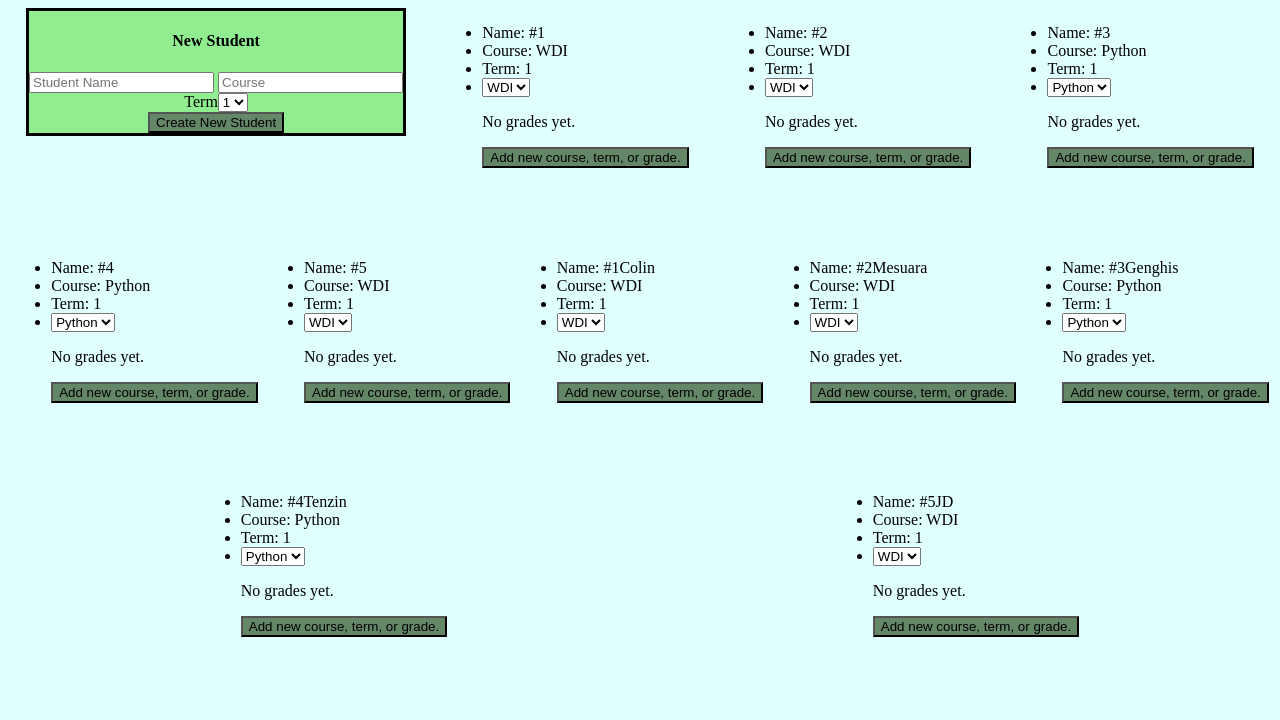
Repository: EdmontDantes/graderaide-ui
Page: index.html
An editor plug-in stored every save of this project. The page is shown before and after the next save, followed by the edit.
The browser window is 1280 px wide. The pictures show the whole page.

Above is the page before, as saved 2020-04-21 14:50:18.

After the next save:
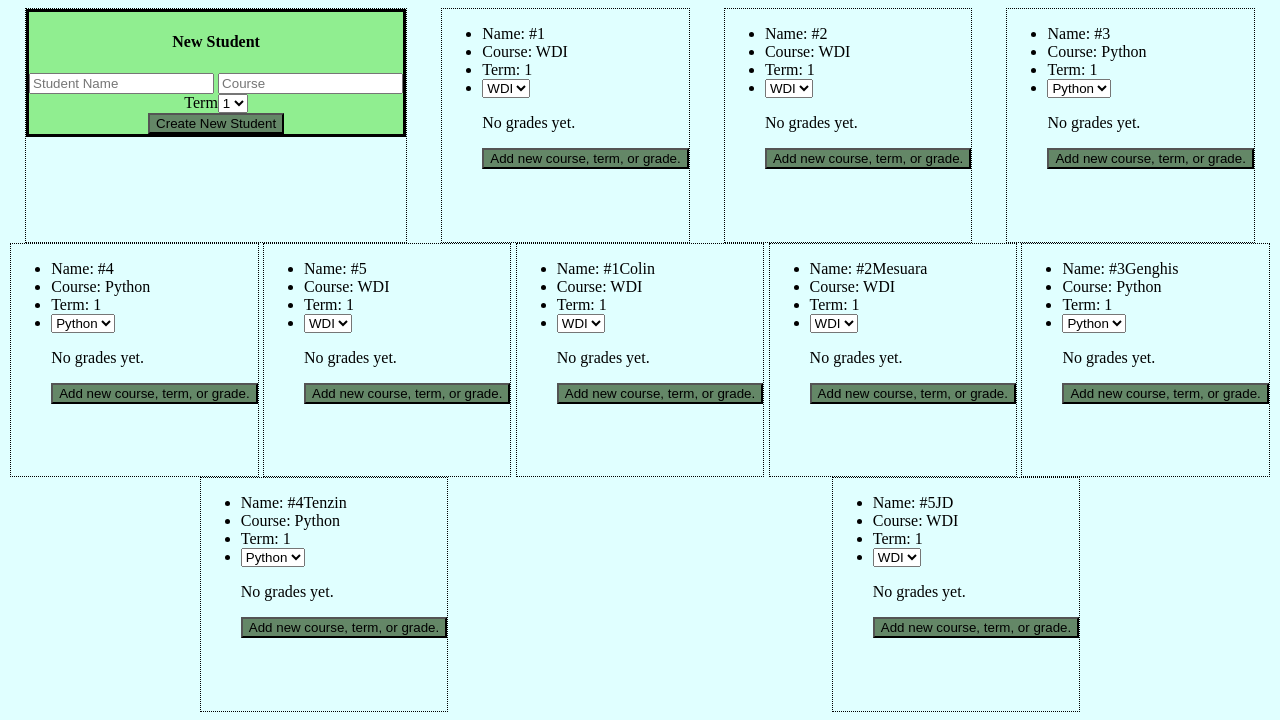
Saved 5 s later.
--- a/style.css
+++ b/style.css
@@ -43,5 +43,5 @@ button {
 }
 
 .student-display {
-    border:
+    border: 1px dotted
 }
